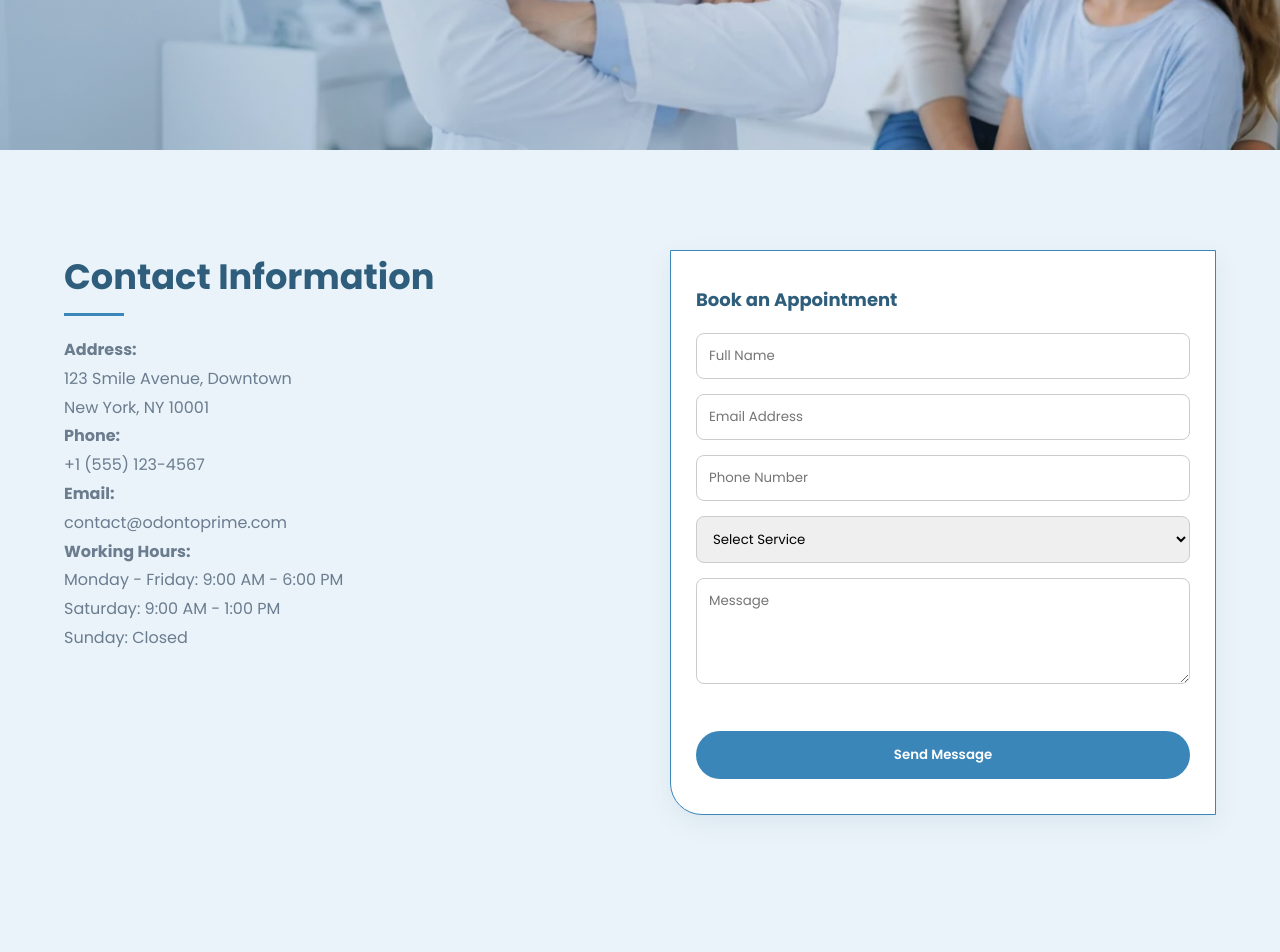
Repository: davidfsillva/OdontoPrime
Page: contact.html
An editor plug-in stored every save of this project. The page is shown before and after a run of saves, followed by the edit.
The browser window is 1280 px wide. The pictures show the part of the page from y = 570 to 1522 px (the page is 2728 px tall before and 3131 px after).

Above is the page before, as saved 2026-02-16 21:30:04.

### contact.html
<!DOCTYPE html>
<html lang="en">
<head>
<meta charset="UTF-8">
<meta name="viewport" content="width=device-width, initial-scale=1.0">
<title>Contact - OdontoPrime Excellence</title>

<link rel="stylesheet" href="style.css">
<link href="https://fonts.googleapis.com/css2?family=Poppins:wght@300;400;600;700&display=swap" rel="stylesheet">
</head>

<body>

<!-- HEADER -->
<header>
    <div class="container nav-container">
        <div class="logo">OdontoPrime</div>

        <nav id="nav">
            <a href="index.html">Home</a>
            <a href="about.html">About</a>
            <a href="services.html">Services</a>
            <a href="contact.html" class="active">Contact</a>
        </nav>

        <div class="menu-toggle" onclick="toggleMenu()">☰</div>
    </div>
</header>

<!-- HERO CONTACT -->
<section class="hero hero-contact">
    <div class="container hero-content">
        <div class="hero-text">
            <h1>Get in Touch</h1>
            <p>
                Schedule your consultation or contact us for more information.
                Our team is ready to assist you.
            </p>
        </div>
    </div>
</section>

<!-- CONTACT SECTION -->
<section class="about-preview">
    <div class="container contact-grid" style="display:grid; grid-template-columns:1fr 1fr; gap:60px; align-items:start;">

        <!-- CONTACT INFO -->
        <div class="about-text">
            <h2>Contact Information</h2>

            <p><strong>Address:</strong><br>
            123 Smile Avenue, Downtown<br>
            New York, NY 10001</p>

            <p><strong>Phone:</strong><br>
            +1 (555) 123-4567</p>

            <p><strong>Email:</strong><br>
            contact@odontoprime.com</p>

            <p><strong>Working Hours:</strong><br>
            Monday - Friday: 9:00 AM - 6:00 PM<br>
            Saturday: 9:00 AM - 1:00 PM<br>
            Sunday: Closed</p>

        </div>

        <!-- CONTACT FORM -->
        <div class="card contact-form" style="text-align:left;">

            <h3 style="margin-bottom:20px;">Book an Appointment</h3>

            <form>
                <div style="margin-bottom:15px;">
                    <input type="text" placeholder="Full Name" required
                    style="width:100%; padding:12px; border-radius:8px; border:1px solid #ccc;">
                </div>

                <div style="margin-bottom:15px;">
                    <input type="email" placeholder="Email Address" required
                    style="width:100%; padding:12px; border-radius:8px; border:1px solid #ccc;">
                </div>

                <div style="margin-bottom:15px;">
                    <input type="tel" placeholder="Phone Number"
                    style="width:100%; padding:12px; border-radius:8px; border:1px solid #ccc;">
                </div>

                <div style="margin-bottom:15px;">
                    <select required
                    style="width:100%; padding:12px; border-radius:8px; border:1px solid #ccc;">
                        <option value="">Select Service</option>
                        <option>Implant Dentistry</option>
                        <option>Orthodontics</option>
                        <option>Teeth Whitening</option>
                        <option>Endodontics</option>
                        <option>Pediatric Dentistry</option>
                        <option>Oral Surgery</option>
                    </select>
                </div>

                <div style="margin-bottom:20px;">
                    <textarea placeholder="Message"
                    rows="4"
                    style="width:100%; padding:12px; border-radius:8px; border:1px solid #ccc;"></textarea>
                </div>

                <button type="submit" class="btn-view" style="width:100%;">
                    Send Message
                </button>

            </form>
        </div>

    </div>
</section>

<!-- MAP SECTION -->
<section class="departments">
    <div class="container">
        <h2>Find Us</h2>

        <div style="margin-top:40px;">
            <iframe
                src="https://www.google.com/maps/embed?pb=!1m18!1m12!1m3!1d3021.9475964230247!2d-73.9893086845931!3d40.74881727932778!2m3!1f0!2f0!3f0!3m2!1i1024!2i768!4f13.1!3m3!1m2!1s0x89c259af18a6d5d3%3A0x2e0e1e0b6a9b0b3b!2sNew%20York%2C%20NY!5e0!3m2!1sen!2sus!4v1616621234567!5m2!1sen!2sus"
                width="100%"
                height="350"
                style="border:0; border-radius:20px;"
                allowfullscreen=""
                loading="lazy">
            </iframe>
        </div>

    </div>
</section>

<!-- FINAL CTA -->
<section class="why-us">
    <div class="container" style="text-align:center;">
        <h2>Your Smile Deserves the Best Care</h2>

        <p style="max-width:600px; margin:20px auto; color:var(--text-medium);">
            Contact OdontoPrime Excellence today and experience advanced,
            comfortable, and personalized dental care.
        </p>

        <a href="services.html" class="btn-view">Explore Our Services</a>
    </div>
</section>

<!-- FOOTER -->
<footer>
    <p>© 2026 OdontoPrime - All Rights Reserved</p>
</footer>

<script>
function toggleMenu(){
    document.getElementById("nav").classList.toggle("active");
}
</script>

</body>
</html>

### style.css
:root{

    --primary-blue: #2F5D7C;
    --secondary-blue: #4F7FA3;
    --accent-blue: #3A86B9;

    --bg-light: #EAF3F9;
    --white: #FFFFFF;
    --off-white: #E6EEF5;

    --text-dark: #2E3A46;
    --text-medium: #6B7C8F;

    --hero-gradient-start: rgba(47, 93, 124, 0.95);
    --hero-gradient-end: rgba(79, 127, 163, 0.85);

    --shadow-soft: 0 5px 20px rgba(47, 93, 124, 0.08);
}

*{
    margin:0;
    padding:0;
    box-sizing:border-box;
    font-family:'Poppins', sans-serif;
}

body{
    background:var(--bg-light);
    color:var(--text-dark);
}

.container{
    width:90%;
    max-width:1200px;
    margin:auto;
}

/* HEADER */

nav{
    display:flex;
    align-items:center;
}

header{
    position:absolute;
    width:100%;
    padding:25px 0;
    z-index:1000;
    background:transparent;
}

.nav-container{
    display:flex;
    justify-content:space-between;
    align-items:center;
}

.logo{
    font-weight:700;
    font-size:1.9rem;
    color:var(--white);
    text-shadow: 0 3px 8px rgba(0, 0, 0, 0.5);
}

nav a{
    margin-left:25px;
    text-decoration:none;
    color:var(--white);
    font-weight:500;
    transition:0.3s;
}

nav a:hover{
    color:var(--accent-blue);
}

.menu-toggle{
    display:none;
    font-size:24px;
    cursor:pointer;
    color:var(--white);
}

nav a.active{
    color: var(--accent-blue);
    font-weight: 600;
    position: relative;
}

/* HERO */

.hero{
    min-height:100vh;
    display:flex;
    align-items:center;
    background:
    linear-gradient(to right,
    rgba(79, 127, 163, 0.438),
    rgba(58, 134, 185, 0.048)),
    url('img/hero.webp') center/cover no-repeat;
    color:var(--white);
    padding:0 0;
    position:relative;
}

.hero-content{
    width:100%;
}

.hero-text{
    max-width:600px;
}

.hero h1{
    font-size:2.8rem;
    margin-bottom:20px;
    font-weight:700;
    line-height:1.2;
    text-shadow: 0 3px 8px rgba(0, 0, 0, 0.5);
}

.hero p{
    margin-bottom:25px;
    max-width:500px;
    font-size:16px;
    line-height:1.6;
    color:var(--white);
    text-shadow: 0 3px 8px rgba(0, 0, 0, 0.5);
}

.hero-about{
    background: var(--primary-blue);
    min-height: 60vh;
}


/* HERO STATS */

.hero-stats{
    position:absolute;
    bottom:0px;
    left:60%;
    transform:translateX(-50%);
    width:90%;
    max-width:1100px;
    display:grid;
    grid-template-columns:repeat(auto-fit, minmax(180px,1fr));
    gap:20px;
    padding:25px 40px;
    background:rgba(255,255,255,0.15);
    backdrop-filter:blur(15px);
    -webkit-backdrop-filter:blur(15px);
    border-radius:20px 0px 0px 0px;
    border:1px solid rgba(255,255,255,0.2);
}

.stat-item{
    text-align:center;
    color:var(--white);
}

.stat-item h2{
    font-size:2rem;
    font-weight:700;
}

.stat-item p{
    font-size:0.9rem;
    opacity:0.9;
}

/* BUTTONS */

.btn{
    padding:14px 30px;
    background:var(--white);
    border:none;
    color:var(--primary-blue);
    font-weight:600;
    border-radius:30px;
    cursor:pointer;
    transition:0.3s;
}

.btn:hover{
    background:var(--accent-blue);
    color:var(--white);
    transform:translateY(-3px);
}

.btn-view {
    padding:14px 30px;
    background:var(--accent-blue);
    border:none;
    color:var(--white);
    font-weight:600;
    border-radius:30px;
    cursor:pointer;
    transition:0.3s;
    text-decoration: none;
    text-align: center;
    display: block;
    width: fit-content;
    margin:40px auto 0;
}

.btn-view:hover {
    transform: translateY(-5px);
    box-shadow: 0 15px 30px rgba(0,0,0,0.2);
}

/* ABOUT */
.about-image{
    position:relative;
    overflow:hidden;
}


.about-preview{
    padding:100px 0;
}

.about-grid{
    display:grid;
    grid-template-columns:1fr 1fr;
    gap:60px;
    align-items:center;
}

.about-text h2{
    font-size:2.2rem;
    color:var(--primary-blue);
    margin-bottom:20px;
    position:relative;
}

.about-text h2::after{
    content:"";
    width:60px;
    height:3px;
    background:var(--accent-blue);
    display:block;
    margin-top:10px;
}

.about-text p{
    font-size:16px;
    line-height:1.8;
    color:var(--text-medium);
}

.about-grid img:not(.lead-dentist){
    width:100%;
    border-radius:20px;
}

.lead-dentist {
    border-radius: 30px; /* cantos arredondados */
    width: 60%;
    height: auto;
    margin: 0 auto;
    box-shadow: 0 8px 20px rgba(0,0,0,0.2); /* opcional: sombra suave */
    display: flex;
    justify-content: center; /* centraliza horizontalmente */
    align-items: center;     /* centraliza verticalmente se tiver altura */
}

/* DEPARTMENTS */

.departments{
    padding:100px 0;
}

.departments h2{
    text-align:center;
    font-size:2.2rem;
    color:var(--primary-blue);
    margin-bottom:60px;
    position:relative;
}

.departments h2::after{
    content:"";
    width:60px;
    height:3px;
    background:var(--accent-blue);
    display:block;
    margin:15px auto 0;
}

.dept-grid{
    display:grid;
    grid-template-columns: repeat(auto-fit, minmax(280px, 1fr));
    gap:30px;
}


.card {
    background:var(--white);
    padding:35px 25px;
    text-align:center;
    border-radius:18px;
    box-shadow:0 8px 25px rgba(47,93,124,0.08);
    transition:0.3s ease;


    border-radius: 0 0 0 32px;
    border:1px solid #3A86B9;

}

.why-card{
    border: none;
}


.card:hover{
    transform:translateY(-6px);
    box-shadow:0 15px 35px rgba(47,93,124,0.15);
}

.card img{
    width:60px;
    margin-bottom:15px;
}

.card h3{
    font-size:18px;
    margin-bottom:12px;
    color:var(--primary-blue);
}

.card p{
    font-size:14px;
    line-height:1.6;
    color:var(--text-medium);
}

/* WHY SECTION FULL IMAGE CARDS */

.why-card {
    position: relative;
    overflow: hidden;
    padding: 0;
    height: 350px;
    border-radius: 20px;
}

.why-card img {
    width: 100%;
    height: 100%;
    object-fit: cover;
    display: block;
}

.why-card .card-content {
    position: absolute;
    bottom: 0;
    width: 100%;
    padding: 25px;
    background: linear-gradient(
        to top,
        rgba(0,0,0,0.75),
        rgba(0,0,0,0.2)
    );
    color: var(--white);
}

.why-card h3 {
    margin-bottom: 8px;
    color: var(--white);
}

.why-card p {
    color: rgba(255,255,255,0.9);
    font-size: 14px;
}


/* WHY US */

.why-us{
    padding:100px 0;
    background:var(--white);
}

.why-us h2{
    text-align:center;
    font-size:2.2rem;
    margin-bottom:60px;
    color:var(--primary-blue);
    position:relative;
}

.why-us h2::after{
    content:"";
    width:60px;
    height:3px;
    background:var(--accent-blue);
    display:block;
    margin:15px auto 0;
}

/* FOOTER */

footer{
    background:var(--primary-blue);
    color:var(--white);
    text-align:center;
    padding:30px;
    font-size:14px;
}

/* RESPONSIVE */

/* =========================
   RESPONSIVE
========================= */
@media (max-width: 768px) {

    /* NAVIGATION */
    nav {
        position: absolute;
        top: 80px;
        right: 0;
        background: var(--white);
        flex-direction: column;
        width: 200px;
        display: none;
        box-shadow: var(--shadow-soft);
    }

    nav a {
        padding: 15px;
        margin: 0;
        border-bottom: 1px solid var(--off-white);
        color: var(--text-dark);
    }

    nav.active {
        display: flex;
    }

    .menu-toggle {
        display: block;
    }

        /* HERO INTERNO (about, services, contact) */
    .hero-about,
    .hero-services,
    .hero-contact {
        min-height: 45vh;
        display: flex;
        align-items: center;
        justify-content: center;
        text-align: center;
        padding: 100px 20px 40px;
    }

    .hero-about h1,
    .hero-services h1,
    .hero-contact h1 {
        font-size: 1.6rem;
    }

    .hero-about p,
    .hero-services p,
    .hero-contact p {
        font-size: 0.95rem;
        max-width: 100%;
        margin: 0 auto;
    }

    /* ABOUT GRID */
    .about-grid {
        grid-template-columns: 1fr;
        gap: 30px;
        text-align: center;
    }

    .about-text h2 {
        font-size: 1.6rem;
    }

    /* DEPARTMENTS / SERVICES GRID */
    .dept-grid {
        grid-template-columns: 1fr;
        gap: 20px;
    }

    .card {
        padding: 25px 20px;
    }

    /* WHY SECTION */
    .why-us {
        padding: 70px 0;
    }

    .why-card {
        height: 280px;
    }

    /* CONTACT PAGE (caso tenha form grid) */
    .contact-grid {
        grid-template-columns: 1fr;
        gap: 30px;
    }

    .contact-form input,
    .contact-form textarea {
        width: 100%;
    }



    .hero h1 {
        font-size: 1.8rem;
    }

    .hero p {
        max-width: 100%;
    }



}

After the next 2 saves:
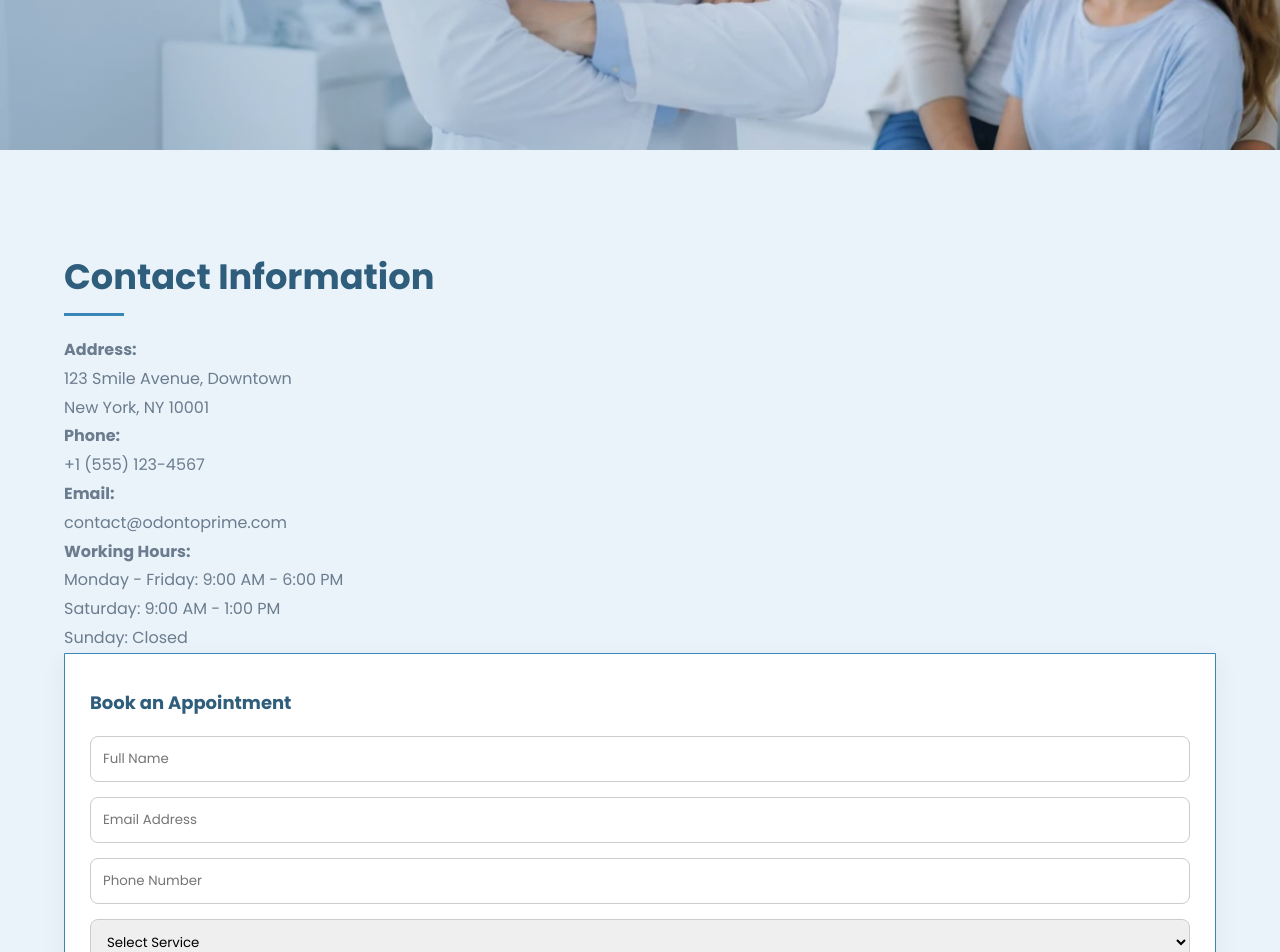
The 2 saves are shown as one change because they came seconds apart.
The last was saved 2 min 24 s later.
--- a/contact.html
+++ b/contact.html
@@ -42,7 +42,7 @@
 
 <!-- CONTACT SECTION -->
 <section class="about-preview">
-    <div class="container contact-grid" style="display:grid; grid-template-columns:1fr 1fr; gap:60px; align-items:start;">
+    <div class="container contact-grid">
 
         <!-- CONTACT INFO -->
         <div class="about-text">

After the save that followed:
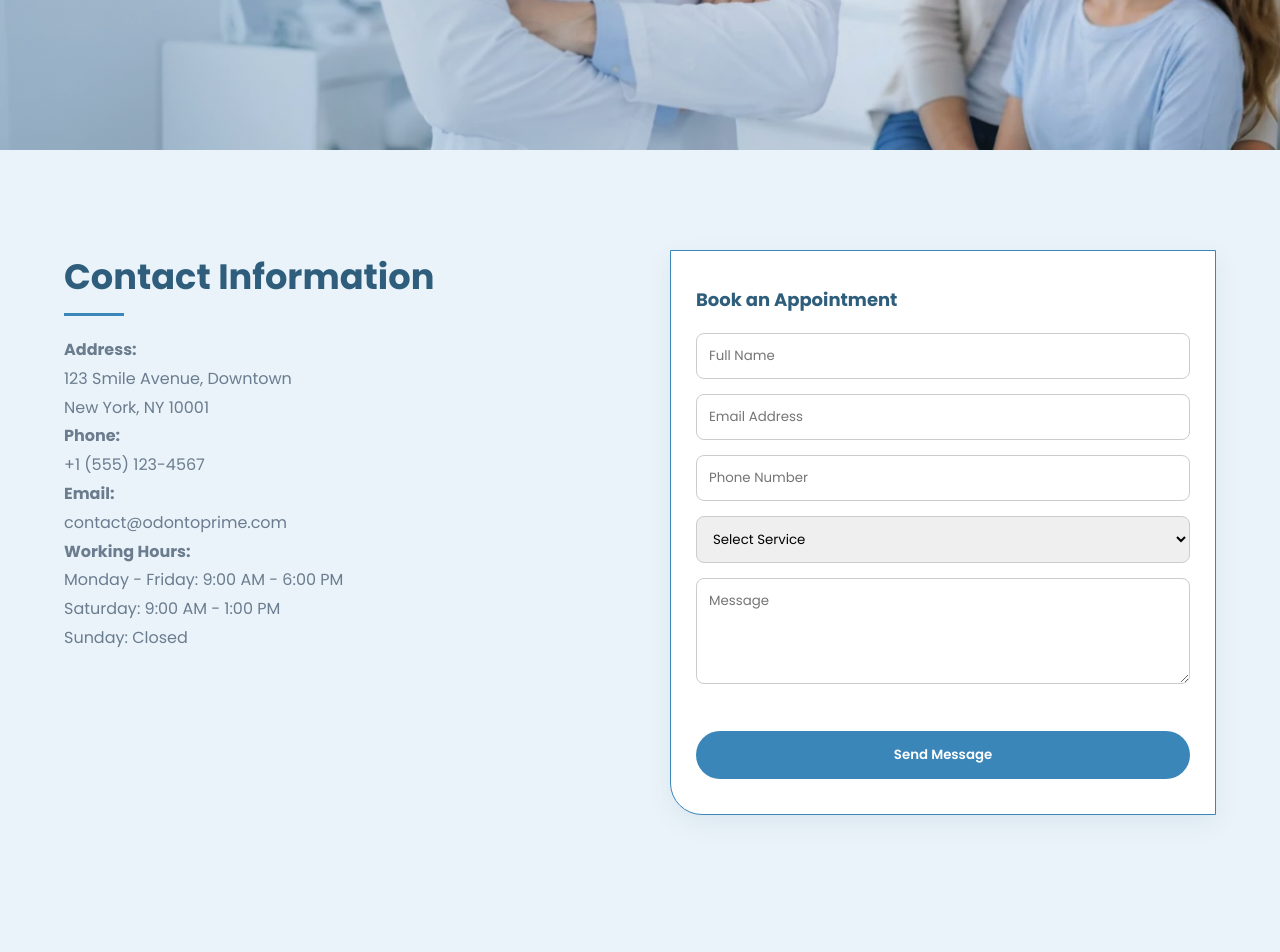
Saved 23 s later.
--- a/style.css
+++ b/style.css
@@ -402,6 +402,14 @@ nav a.active{
     margin:15px auto 0;
 }
 
+.contact-grid{
+    display:grid;
+    grid-template-columns:1fr 1fr;
+    gap:60px;
+    align-items:start;
+}
+
+
 /* FOOTER */
 
 footer{
